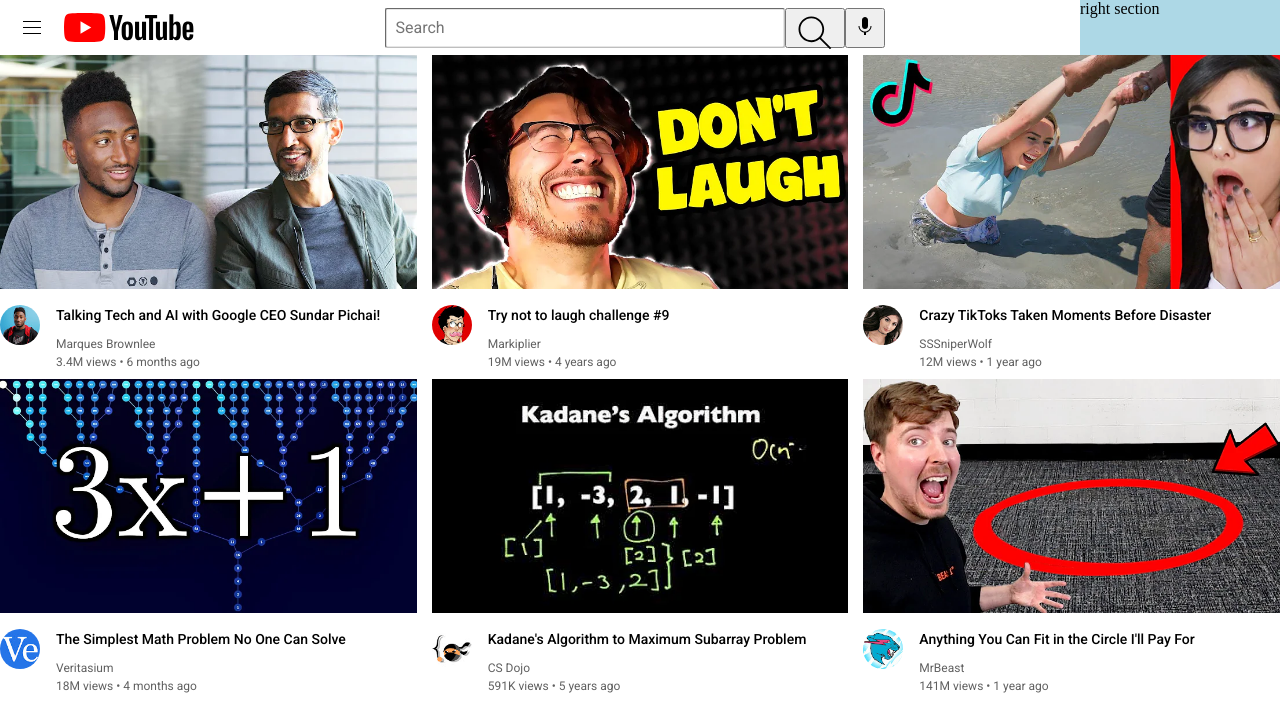
Repository: idahcarts-ux/html-css
Page: youtube.html
An editor plug-in stored every save of this project. The page is shown before and after the next save, followed by the edit.
The browser window is 1280 px wide. The pictures show the whole page.

Above is the page before, as saved 2025-11-19 17:22:24.

After the next save:
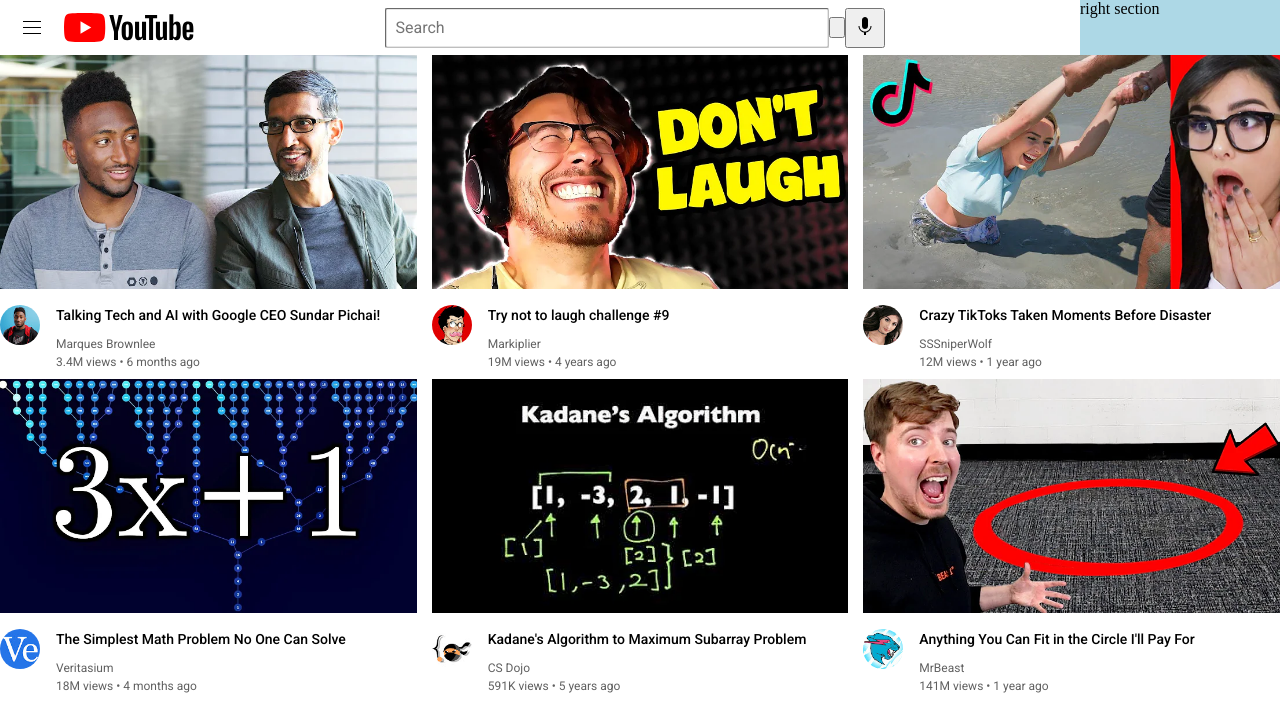
Saved 6 s later.
--- a/styles/header.css
+++ b/styles/header.css
@@ -49,7 +49,7 @@
     font-family: Roboto, Arial;
     fon-size:15px;
   }
-
+  .search-icon
   .search-button {
     height:40px;
     width:60px;
